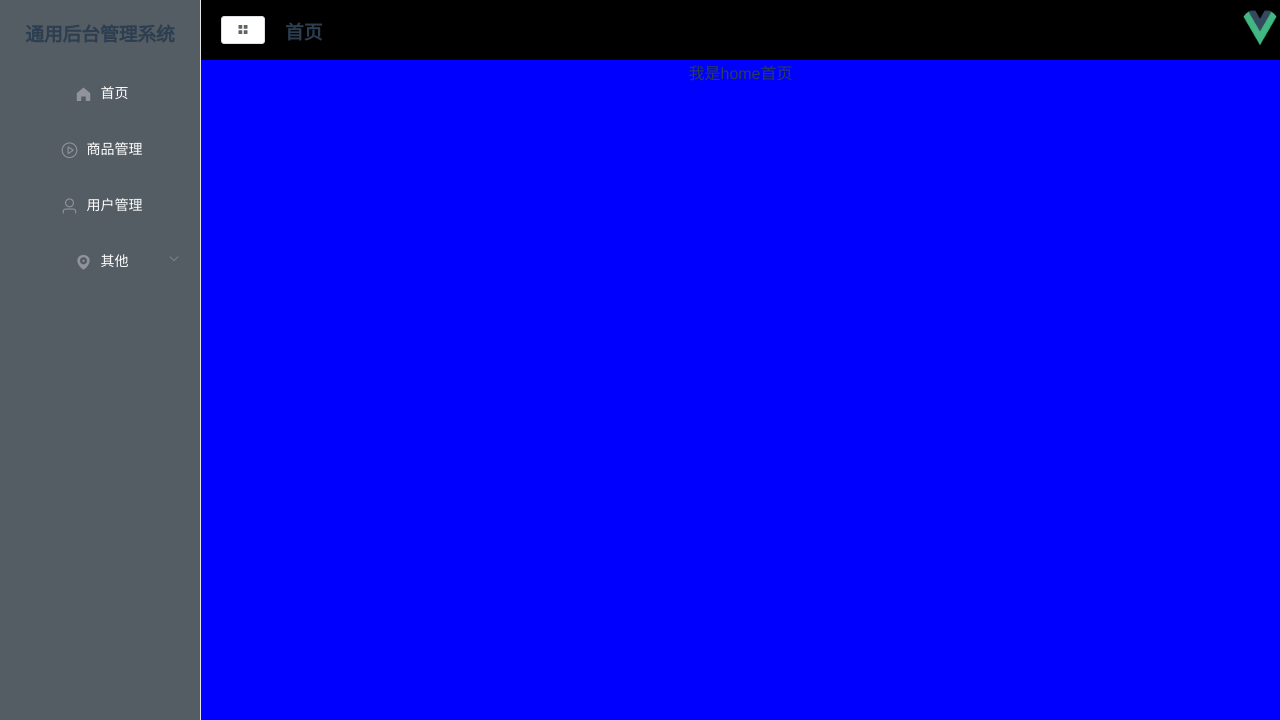
Repository: 385841539/VueStudy
Page: / (app in vue_cli/)
The author's editor kept a copy of each file at every save. The page is drawn from the files as they stood at one save, then again after the next save.
The browser window is 1280 px wide. The pictures show the whole page.
The project was rebuilt for these pictures with package versions that can differ from the ones it lists, and the page was loaded fresh each time. Also part of the build but not shown: vue_cli/vue.config.js.

Above is the page before, as saved 2022-01-13 10:10:20.

After the next save:
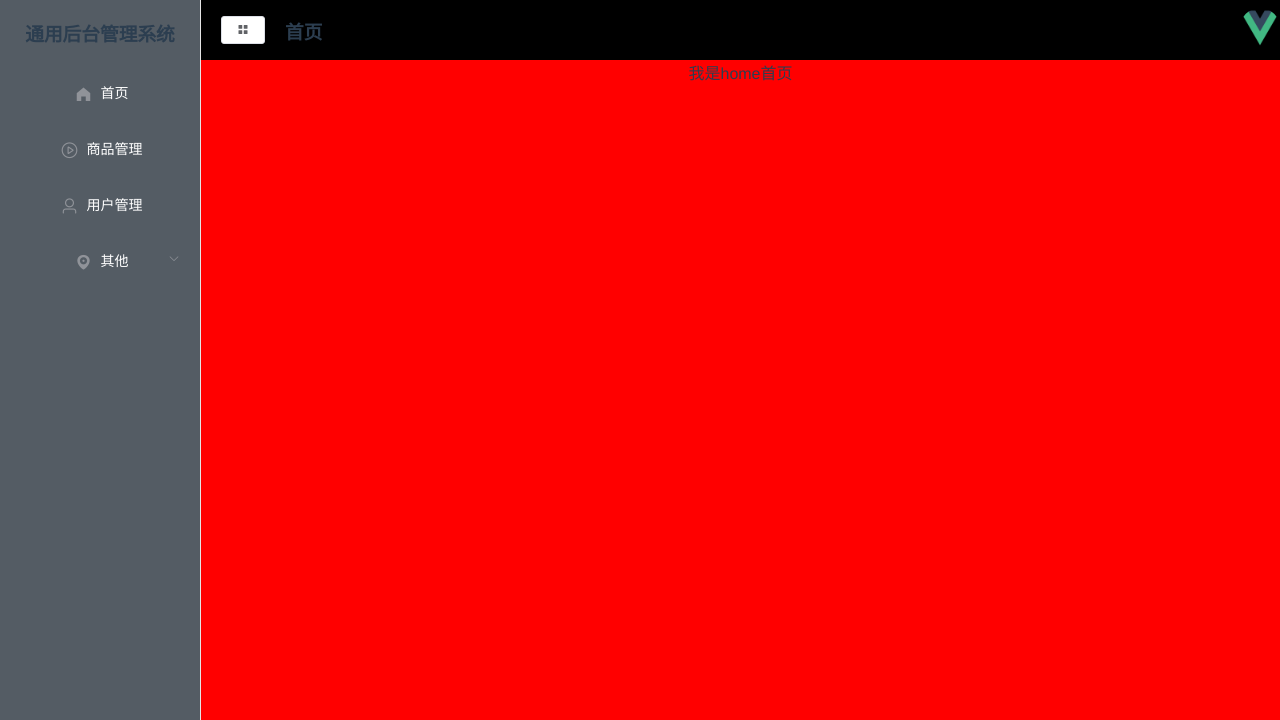
Saved 7 s later.
--- a/vue_cli/src/views/Home/Home.vue
+++ b/vue_cli/src/views/Home/Home.vue
@@ -3,10 +3,5 @@
 </template>
 
 <style  lang="scss" scoped>
-div {
-  background: blue;
-  height: 100%;
-  padding: 0px;
-  margin: 0px;
-}
+
 </style>

After the save that followed:
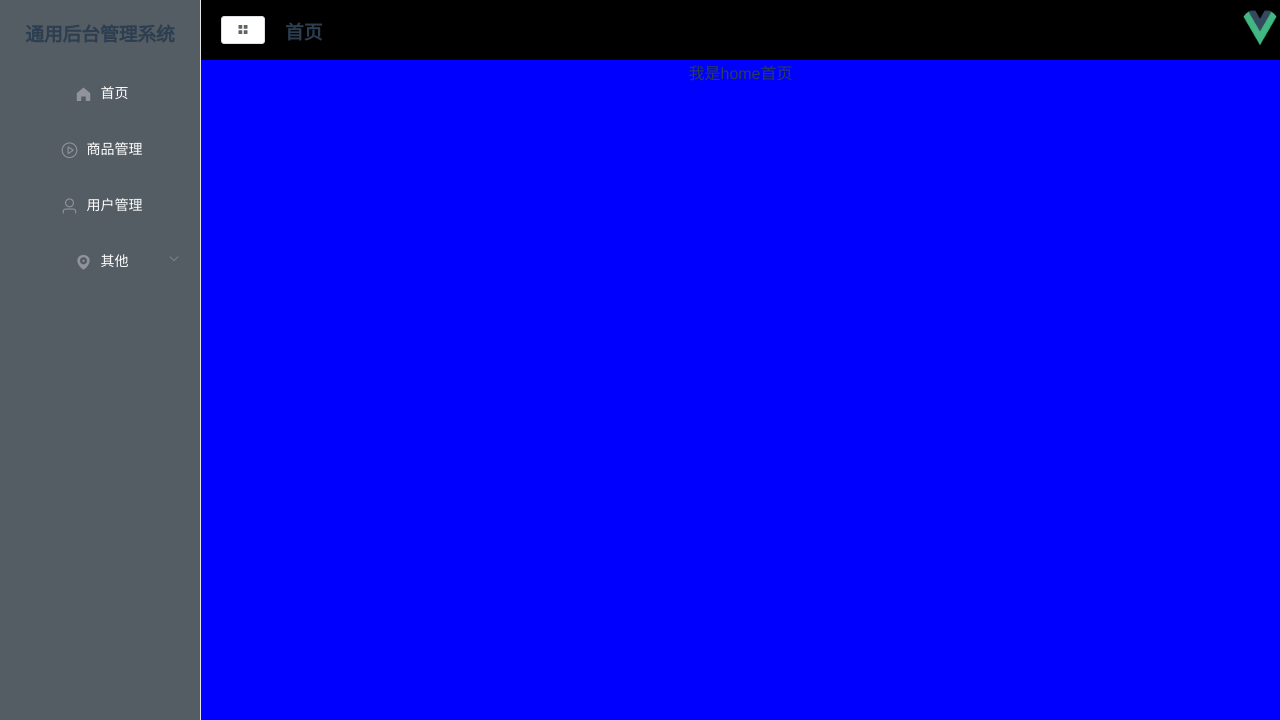
Saved 7 s later.
--- a/vue_cli/src/views/Home/Home.vue
+++ b/vue_cli/src/views/Home/Home.vue
@@ -3,5 +3,10 @@
 </template>
 
 <style  lang="scss" scoped>
-
+div {
+  background: blue;
+  height: 100%;
+  padding: 0px;
+  margin: 0px;
+}
 </style>
